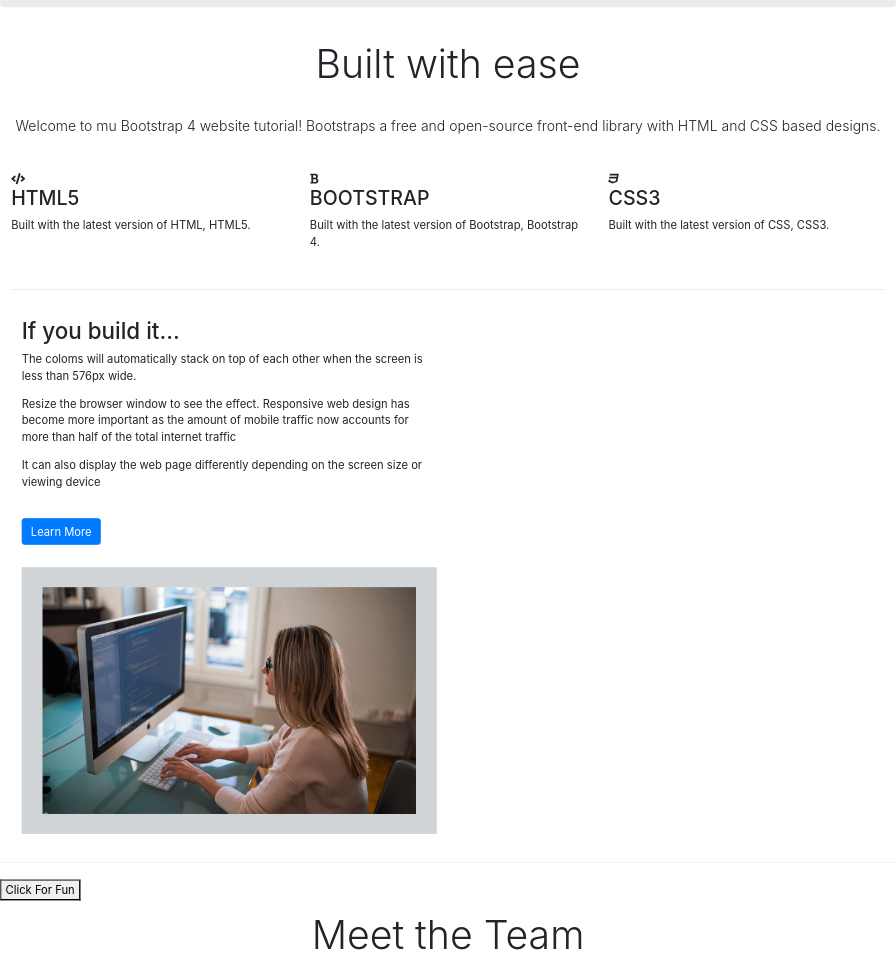
Repository: rkyankya/Bootstrap-1
Page: index.html
An editor plug-in stored every save of this project. The page is shown before and after the next save, followed by the edit.
The browser window is 1280 px wide. The pictures show the part of the page from y = 916 to 2836 px (the page is 2309 px tall before and 2836 px after), at 70% of full size.
Some web libraries are served in a nearby version.

Above is the page before, as saved 2019-12-16 11:13:19.

### index.html
<!DOCTYPE html>
<html lang="en">

<head>
    <meta charset="utf-8">
    <meta name="viewport" content="width=device-width, initial-scale=1">
    <title>Complete Bootstrap 4 Website Layout</title>
    <link rel="stylesheet" href="https://maxcdn.bootstrapcdn.com/bootstrap/4.0.0/css/bootstrap.min.css">
    <script src="https://ajax.googleapis.com/ajax/libs/jquery/3.3.1/jquery.min.js"></script>
    <script src="https://cdnjs.cloudflare.com/ajax/libs/popper.js/1.12.9/umd/popper.min.js"></script>
    <script src="https://maxcdn.bootstrapcdn.com/bootstrap/4.0.0/js/bootstrap.min.js"></script>
    <script src="https://use.fontawesome.com/releases/v5.0.8/js/all.js"></script>
    <link href="style.css" rel="stylesheet">
</head>

<body>

    <!-- Navigation -->
    <nav class="navbar navbar-expand-md navbar-light bg-light sticky-top">
        <div class="container-fluid">
            <a class="navbar-brand" href="#"><img src="img/logo.png" alt="#"></a>
            <button class="navbar-toggler" type="button" data-toggler="collapse" data-target="#navbarResponsive">
          <span class="navbar-toggler-icon"></span>
        </button>
            <div class="collapse navbar-collapse" id="navbarResponsive">
                <ul class="navbar-nav ml-auto">
                    <li class="nav-item active">
                        <a class="nav-link" href="#">Home</a>
                    </li>
                    <li class="nav-item">
                        <a class="nav-link" href="#">About</a>
                    </li>
                    <li class="nav-item">
                        <a class="nav-link" href="#">Services</a>
                    </li>
                    <li class="nav-item">
                        <a class="nav-link" href="#">Team</a>
                    </li>
                    <li class="nav-item">
                        <a class="nav-link" href="#">Connect</a>
                    </li>
                </ul>
            </div>
        </div>
    </nav>

    <!--- Image Slider -->
    <div id="slides" class="carousel slide" data-ride="carousel">
        <ul class="carousel-indicators">
            <li data-target="#slides" data-slide-to="0" class="active"></li>
            <li data-target="#slides" data-slide-to="1"></li>
            <li data-target="#slides" data-slide-to="2"></li>
        </ul>
        <div class="carousel-inner">
            <div class="carousel-item active">
                <img src="img/background.png" alt="#">
                <div class="carousel-caption">
                    <h1 class="display-2">Bootstrap</h1>
                    <h3>Complete Website Layout</h3>
                    <button type="button" class="btn btn-outline-light btn-lg">VIEW DEMO</button>
                    <button type="button" class="btn btn-primary btn-lg">Get Started</button>
                </div>
            </div>
            <div class="carousel-item">
                <img src="img/background2.png" alt="#">
            </div>
            <div class="carousel-item">
                <img src="img/background3.png" alt="#">
            </div>
        </div>
    </div>

    <!--- Jumbotron -->
    <div class="container-fluid">
        <div class="row jumbotron">
            <div class="col-xs-12 col-sm-12 col-md-9 col-lg-9 col-xl-10">
                <!--Bootstrap has 12 coloms the 12 describes the coloms to take-->
                <p class="lead">A web hosting service allows individuals and organisations to make a their website accessible via the World Wide Web
                </p>
            </div>
            <div class="col-xs-12 col-sm-12 col-md-3 col-lg-3 col-xl-2">
                <a href="#">
                    <button type="button" class="btn btn-outline-secondary btn-lg">Web Hosting</button>
                </a>
            </div>
        </div>
    </div>


    <!--- Welcome Section -->
    <div class="container-fluid padding">
        <div class="row welcome text-center">
            <div class="col-12">
                <h1 class="display-4">Built with ease</h1>
            </div>
            <hr class="my-4">
            <div class="col-12">
                <p class="lead">Welcome to mu Bootstrap 4 website tutorial! Bootstraps a free and open-source front-end library with HTML and CSS based designs.
                </p>
            </div>
        </div>
    </div>

    <!--- Three Column Section -->
    <div class="container-fluid padding">
        <div class="row text-centre padding">
            <div class="col-xs-12 col-sm-6 col-md-4">
                <i class="fas fa-code"></i>
                <h3>HTML5</h3>
                <p>Built with the latest version of HTML, HTML5.</p>
            </div>
            <div class="col-xs-12 col-sm-6 col-md-4">
                <i class="fas fa-bold"></i>
                <h3>BOOTSTRAP</h3>
                <p>Built with the latest version of Bootstrap, Bootstrap 4.</p>
            </div>
            <div class="col-sm-12 col-md-4">
                <i class="fab fa-css3"></i>
                <h3>CSS3</h3>
                <p>Built with the latest version of CSS, CSS3.</p>
            </div>
        </div>
        <hr class="my-4">
    </div>


    <!--- Two Column Section -->
    <div class="container-fluid padding">
        <div class="row-padding">
            <div class="col-md-12 col-lg-6">
                <h2>If you build it...</h2>
                <p>The coloms will automatically stack on top of each other when the screen is less than 576px wide.</p>
                <p>Resize the browser window to see the effect. Responsive web design has become more important as the amount of mobile traffic now accounts for more than half of the total internet traffic</p>
                <p>It can also display the web page differently depending on the screen size or viewing device</p>
                <br>
                <a href="#" class="btn btn-primary">Learn More</a>
            </div>
            <div class="col-lg-6">
                <img src="img/desk.png" class="img-fluid" alt="#">
            </div>
        </div>
    </div>

    <hr class="my-4">

    <!--- Fixed background -->
    <figure>
        <div class="fixed-wrap">
            <div id="fixed"></div>
        </div>
    </figure>


    <!--- Emoji Section -->
    <button class="fun" data-toggle="collapse" data-target="#emoji">Click For Fun</button>
    <div id="emoji" class="collapse">
        <div class="container-fluid padding">
            <div class="row text-center">
                <div class="col-sm-6 col-md-3">
                    <img class="gif" src="img/gif/panda.gif" alt="#">
                </div>
                <div class="col-sm-6 col-md-3">
                    <img class="gif" src="img/gif/unicorn.gif" alt="#">
                </div>
                <div class="col-sm-6 col-md-3">
                    <img class="gif" src="img/gif/poo.gif" alt="#">
                </div>
                <div class="col-sm-6 col-md-3">
                    <img class="gif" src="img/gif/chicken.gif" alt="#">
                </div>
            </div>
        </div>
    </div>


    <!--- Meet the team -->
    <div class="container-fluid padding">
        <div class="row-welcome text-center">
            <div class="col-12">
                <h1 class="display-4"> Meet the Team</h1>
            </div>
        </div>
    </div>


    <!--- Cards -->
    <div class="container-fluid padding">
        <div class="row welcome text" </div>


            <!--- Two Column Section -->


            <!--- Connect -->


            <!--- Footer -->




</body>

</html>

### style.css
@import url("https://fonts.googleapis.com/css?family=Poppins:400,500,700");
@import url("https://fonts.googleapis.com/css?family=Poppins:400,500,700");

/* --- Media Queries -- */

@media (max-width: 992px) {}

@media (max-width: 768px) {}

@media (max-width: 576px) {}


/* ---Firefox Bug Fix -- */

.carousel-item {
    transition: -webkit-transform 0.5s ease;
    transition: transform 0.5s ease;
    transition: transform 0.5s ease, -webkit-transform 0.5s ease;
    -webkit-backface-visibility: visible;
    backface-visibility: visible;
}


/* --- Fixed Background Image -- */

figure {
    position: relative;
    width: 100%;
    height: 60%;
    margin: 0 !important;
}

.fixed-wrap {
    clip: rect(0, auto, auto, 0);
    position: absolute;
    top: 0;
    left: 0;
    width: 100%;
    height: 100%;
}

#fixed {
    background-image: url("img/mac.png");
    position: fixed;
    display: block;
    top: 0;
    left: 0;
    width: 100%;
    height: 100%;
    background-size: cover;
    background-position: center center;
    -webkit-transform: translateZ(0);
    transform: translateZ(0);
    will-change: transform;
}


/* --- Bootstrap Padding Fix -- */

[class*="col-"] {
    padding: 1rem;
}


/*
Extra small (xs) devices (portrait phones, less than 576px)
No media query since this is the default in Bootstrap

Small (sm) devices (landscape phones, 576px and up)
@media (min-width: 576px) { ... }

Medium (md) devices (tablets, 768px and up)
@media (min-width: 768px) { ... }

Large (lg) devices (desktops, 992px and up)
@media (min-width: 992px) { ... }

Extra (xl) large devices (large desktops, 1200px and up)
@media (min-width: 1200px) { ... }
*/


/* ---Media Queries -- */

@media (max-width: 992px) {}

@media (max-width: 768px) {}

@media (max-width: 576px) {}


/* ---Firefox Bug Fix -- */

.carousel-item {
    transition: -webkit-transform 0.5s ease;
    transition: transform 0.5s ease;
    transition: transform 0.5s ease, -webkit-transform 0.5s ease;
    -webkit-backface-visibility: visible;
    backface-visibility: visible;
}


/* --- Fixed Background Image -- */

figure {
    position: relative;
    width: 100%;
    height: 60%;
    margin: 0 !important;
}

.fixed-wrap {
    clip: rect(0, auto, auto, 0);
    position: absolute;
    top: 0;
    left: 0;
    width: 100%;
    height: 100%;
}

#fixed {
    background-image: url("img/mac.png");
    position: fixed;
    display: block;
    top: 0;
    left: 0;
    width: 100%;
    height: 100%;
    background-size: cover;
    background-position: center center;
    -webkit-transform: translateZ(0);
    transform: translateZ(0);
    will-change: transform;
}


/* --- Bootstrap Padding Fix -- */

[class*="col-"] {
    padding: 1rem;
}


/*
Extra small (xs) devices (portrait phones, less than 576px)
No media query since this is the default in Bootstrap

Small (sm) devices (landscape phones, 576px and up)
@media (min-width: 576px) { ... }

Medium (md) devices (tablets, 768px and up)
@media (min-width: 768px) { ... }

Large (lg) devices (desktops, 992px and up)
@media (min-width: 992px) { ... }

Extra (xl) large devices (large desktops, 1200px and up)
@media (min-width: 1200px) { ... }
*/

After the next save:
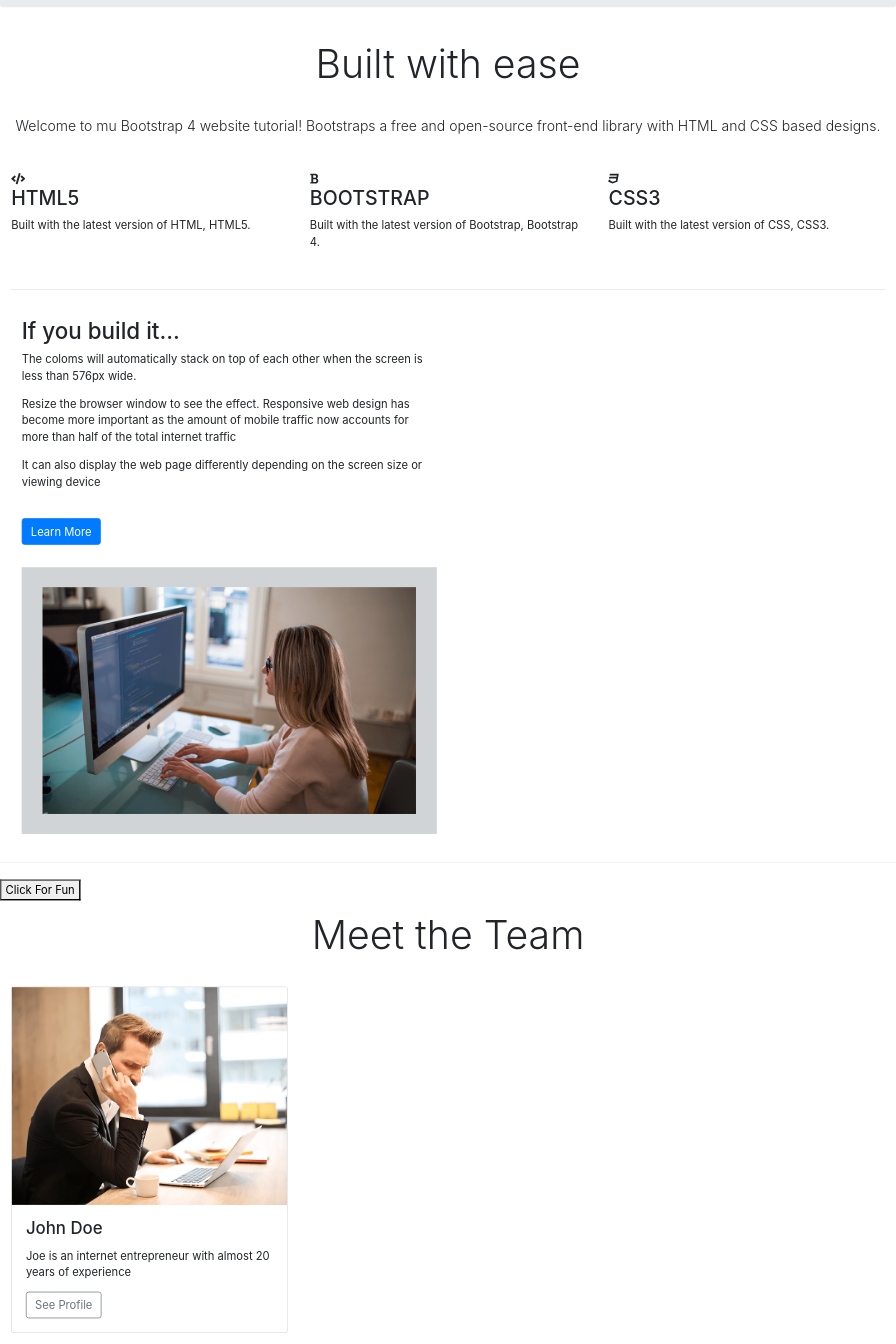
Saved 8 min 14 s later.
--- a/index.html
+++ b/index.html
@@ -185,16 +185,28 @@
 
     <!--- Cards -->
     <div class="container-fluid padding">
-        <div class="row welcome text" </div>
-
-
-            <!--- Two Column Section -->
-
-
-            <!--- Connect -->
-
-
-            <!--- Footer -->
+        <div class="row welcome text">
+            <div class="col-md-4">
+                <div class="card">
+                    <img class="card-imd-top" src="img/team1.png" alt="#">
+                    <div class="card-body">
+                        <h4 class="card-title">John Doe</h4>
+                        <p class="card-text">Joe is an internet entrepreneur with almost 20 years of experience</p>
+                        <a href="#" class="btn btn-outline-secondary"> See Profile</a>
+                    </div>
+                </div>
+            </div>
+        </div>
+    </div>
+
+
+    <!--- Two Column Section -->
+
+
+    <!--- Connect -->
+
+
+    <!--- Footer -->
 
 
 
